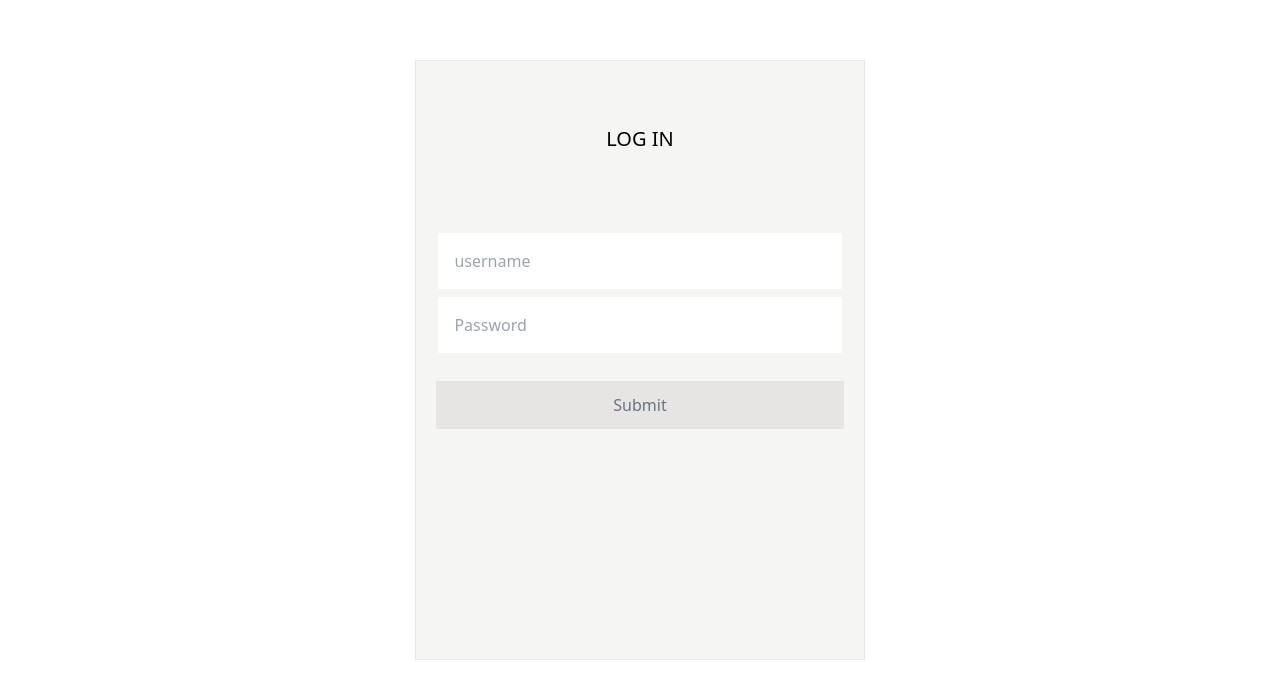
Repository: hsumyatm7308/oop-loginregister-php
Page: http://localhost/login.php
The author's editor kept a copy of each file at every save. The page is drawn from the files as they stood at one save, then again after a run of saves.
The browser window is 1280 px wide. The pictures show the whole page.
Some web libraries are served in a nearby version. The page is run by PHP 8.4 with error messages shown; the project is at /var/www/html/.

Above is the page before, as saved 2023-08-02 00:22:06.

### login.php
<?php
session_start();
require_once 'oopfunction.php';

$log = new Login();

if ($_SERVER['REQUEST_METHOD'] === "POST") {
    $log = new Login();

    $username = textfilter($_POST["name"]);
    $password = textfilter($_POST["pass"]);

    $return = $log->loginUser($username, $password);

    if ($return === 1) {
        // Successful login
        $_SESSION['login'] = true;
        $_SESSION['id'] = $log->getUserID();
        header("Location: logout.php");
        exit();
    } elseif ($return === 10) {
        // Incorrect password
        echo "<div class=''>Username and Password don't match</div>";
    } elseif ($return === 100) {
        // User not found
        header("Location: register.php");
        exit();
    }
}

// Place the code inside the $_SERVER['REQUEST_METHOD'] === "POST" block
if (isset($_SESSION['id'])) {
    header("Location: logout.php");
}
?>


<!DOCTYPE html>
<html>

<head>
    <title>Login</title>

    <script src="https://cdn.tailwindcss.com"></script>


</head>

<body class="w-screen h-screen  flex justify-center items-center flex-col">

    <div class="w-[450px] h-[600px] bg-stone-100 border flex items-center flex-col">

        <h1 class="text-xl text-black uppercase mt-16">Log in</h1>

        <form action="" method="post" id="form" class="w-full flex justify-center items-center flex-col mt-20">

            <div class="page w-full flex justify-center items-center">
                <input type="text" name="name" class="w-[90%] p-4 mb-2 focus:outline-none" placeholder="username">
            </div>

            <div class="page w-full flex justify-center items-center">
                <input type="password" name="pass" class="w-[90%] p-4 mb-2 focus:outline-none"
                    placeholder="Password">
            </div>





            <div class="w-full flex justify-center items-center">
                <button type="submit" id="next"
                    class="w-full bg-stone-200 text-gray-500 p-3 m-5 hover:opacity-80 hover:text-gray-800">Submit
                </button>
            </div>

        </form>


        <div id="footer" class="w-full flex justify-center items-center flex-col mt-32 hidden">
            <div>
                Don't you have account? <a href="">Register</a>
            </div>
        </div>
    </div>

</body>

</html>

### oopfunction.php
<?php


class Connection
{
    public $dbhost = "localhost";
    public $dbuser = "root";
    public $dbname = "hmmdb";
    public $password = "";


    public $conn;


    public function __construct()
    {
        try {

            $this->conn = new PDO("mysql:dbhost=$this->dbhost;dbname=$this->dbname", $this->dbuser, $this->password);
            $this->conn->setAttribute(PDO::ATTR_ERRMODE, PDO::ERRMODE_EXCEPTION);

            // echo "connection successfull";


        } catch (Exception $e) {
            echo "Error Found : " . $e->getMessage();
        }
    }
}

class Register extends Connection
{
    // Function to register user in the database
    public function insertUserInfo($fullname, $username, $email, $address, $phone, $password, $comfirmpass)
    {
        try {
            $duplicate = $this->conn->prepare('SELECT * FROM loginregister WHERE username = :username OR email = :email');
            $duplicate->bindParam(':username', $username, PDO::PARAM_STR);
            $duplicate->bindParam(':email', $email, PDO::PARAM_STR);
            $duplicate->execute();

            $row = $duplicate->rowCount();

            if ($row > 0) {
                return 10;

                // username and email taken
            } else {
                if ($password == $comfirmpass) {
                    try {
                        $stmt = $this->conn->prepare("INSERT INTO loginregister (fullname, username, email, address,phone, password) VALUES (:fullname, :username, :email, :address,:phone, :password)");
                        $stmt->bindParam(':fullname', $fullname);
                        $stmt->bindParam(':username', $username);
                        $stmt->bindParam(':email', $email);
                        $stmt->bindParam(':address', $address);
                        $stmt->bindParam(':phone', $phone);
                        $stmt->bindParam(':password', $password);
                        $stmt->execute();
                        return 1;
                        //   success
                    } catch (Exception $e) {
                        echo "Error Found: " . $e->getMessage();
                    }
                } else {
                    return 100;
                    // pass and comrifm not match
                }
            }
        } catch (Exception $e) {
            echo "Error Found: " . $e->getMessage();
        }





    }
}
// class Login extends Connection
// {
//     public $id;

//     public function loginUser($username, $password)
//     {
//         try {
//             $stmt = $this->conn->prepare('SELECT id, password FROM loginregister WHERE username = :username');
//             $stmt->bindParam(':username', $username, PDO::PARAM_STR);
//             $stmt->execute();

//             $user = $stmt->fetch(PDO::FETCH_ASSOC);

//             if ($user) {
//                 if (password_verify($password, $user['password'])) {
//                     $this->id = $user['id'];
//                     return 2; // Login successful
//                 } else {
//                     return 20; // Incorrect password
//                 }
//             } else {
//                 return 200; // User not found
//             }
//         } catch (Exception $e) {
//             die("Error: " . $e->getMessage());
//         }



//     }
// // }
// class Login extends Connection
// {
//     public $id;

//     public function loginUser($username, $password)
//     {
//         try {
//             $stmt = $this->conn->prepare('SELECT id, password FROM loginregister WHERE username = :username');
//             $stmt->bindParam(':username', $username, PDO::PARAM_STR);
//             $stmt->execute();

//             $user = $stmt->fetch(PDO::FETCH_ASSOC);

//             if ($user) {
//                 if (password_verify($password, $user['password'])) {
//                     $this->id = $user['id'];
//                     return 1; // Login successful
//                 } else {
//                     return 10; // Incorrect password
//                 }
//             } else {
//                 return 100; // User not found
//             }
//         } catch (Exception $e) {
//             die("Error: " . $e->getMessage());
//         }
//     }

// }

class Login extends Connection
{
    public $id;

    public function loginUser($username, $password)
    {
        try {
            $stmt = $this->conn->prepare('SELECT id, password FROM loginregister WHERE username = :username');
            $stmt->bindParam(':username', $username, PDO::PARAM_STR);
            $stmt->execute();

            $row = $stmt->fetch(PDO::FETCH_ASSOC);
            $col = $stmt->rowCount();

            if ($col > 0) {
                if (password_verify($password, $row['password'])) {
                    $this->id = $row['id'];
                    return 1; // Login successful
                } else {
                    return 10; // Incorrect password
                }
            } else {
                return 100; // User not found
            }
        } catch (Exception $e) {
            die("Error: " . $e->getMessage());
        }
    }

    public function getUserID()
    {
        return $this->id;
    }
}


class Logout extends Connection
{
    public function logoutUser()
    {
        session_start();
        session_destroy();
        header("Location: login.php");
        exit();
    }


}


$obj = new Connection();


?>

After the next 2 saves:
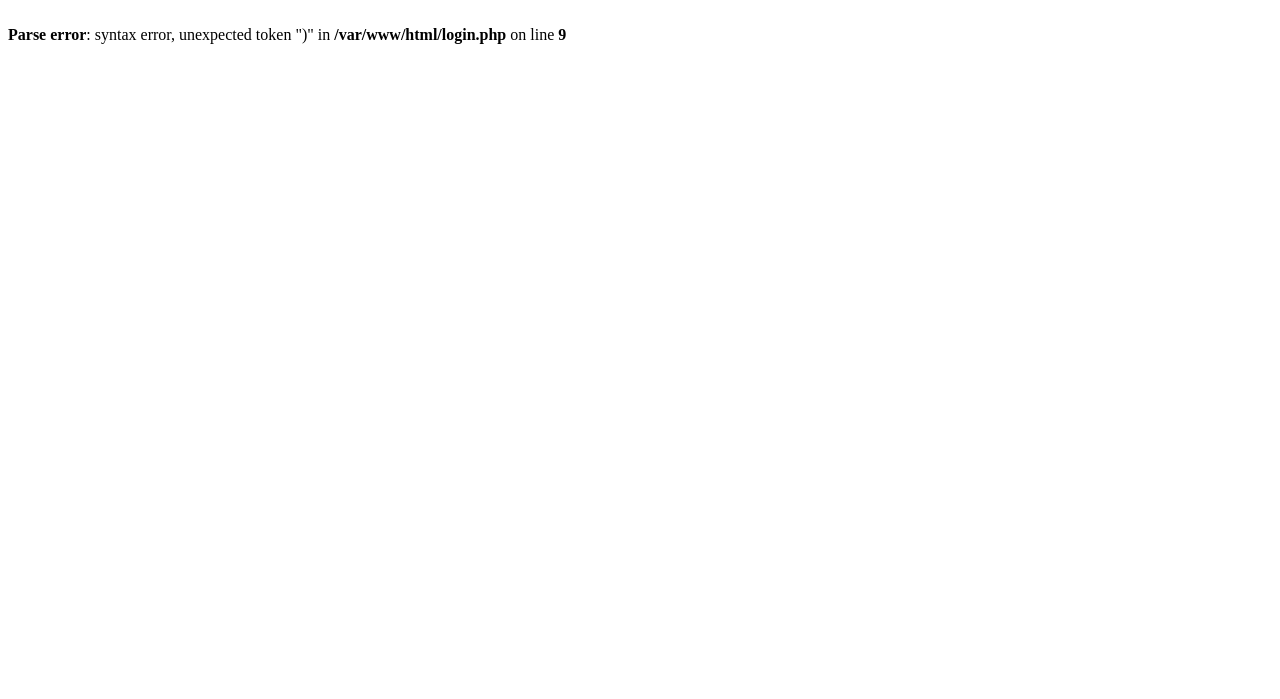
The 2 saves are shown as one change because they came seconds apart.
The last was saved 27 s later.
--- a/login.php
+++ b/login.php
@@ -5,8 +5,8 @@
 $log = new Login();
 
 if ($_SERVER['REQUEST_METHOD'] === "POST") {
-    $log = new Login();
 
+   if(){
     $username = textfilter($_POST["name"]);
     $password = textfilter($_POST["pass"]);
 
@@ -26,6 +26,7 @@
         header("Location: register.php");
         exit();
     }
+   }
 }
 
 // Place the code inside the $_SERVER['REQUEST_METHOD'] === "POST" block

After the save that followed:
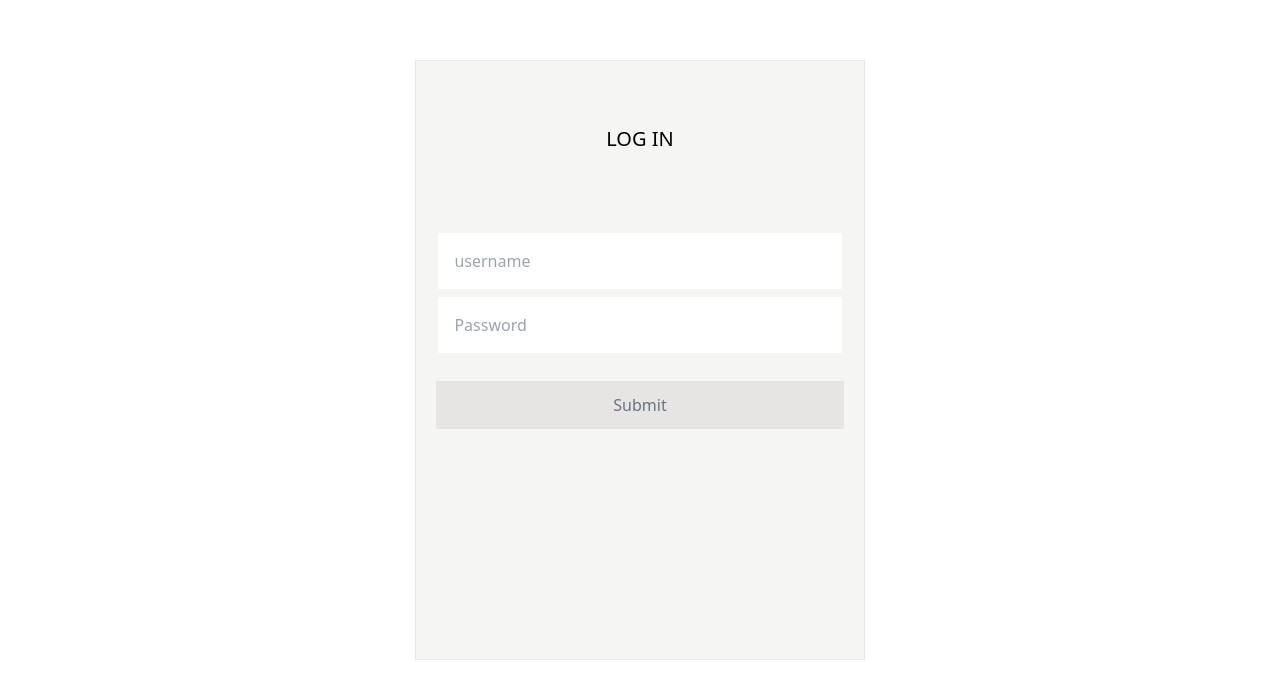
Saved 7 s later.
--- a/login.php
+++ b/login.php
@@ -6,7 +6,7 @@
 
 if ($_SERVER['REQUEST_METHOD'] === "POST") {
 
-   if(){
+   if(isset($_POST['submit'])){
     $username = textfilter($_POST["name"]);
     $password = textfilter($_POST["pass"]);
 
